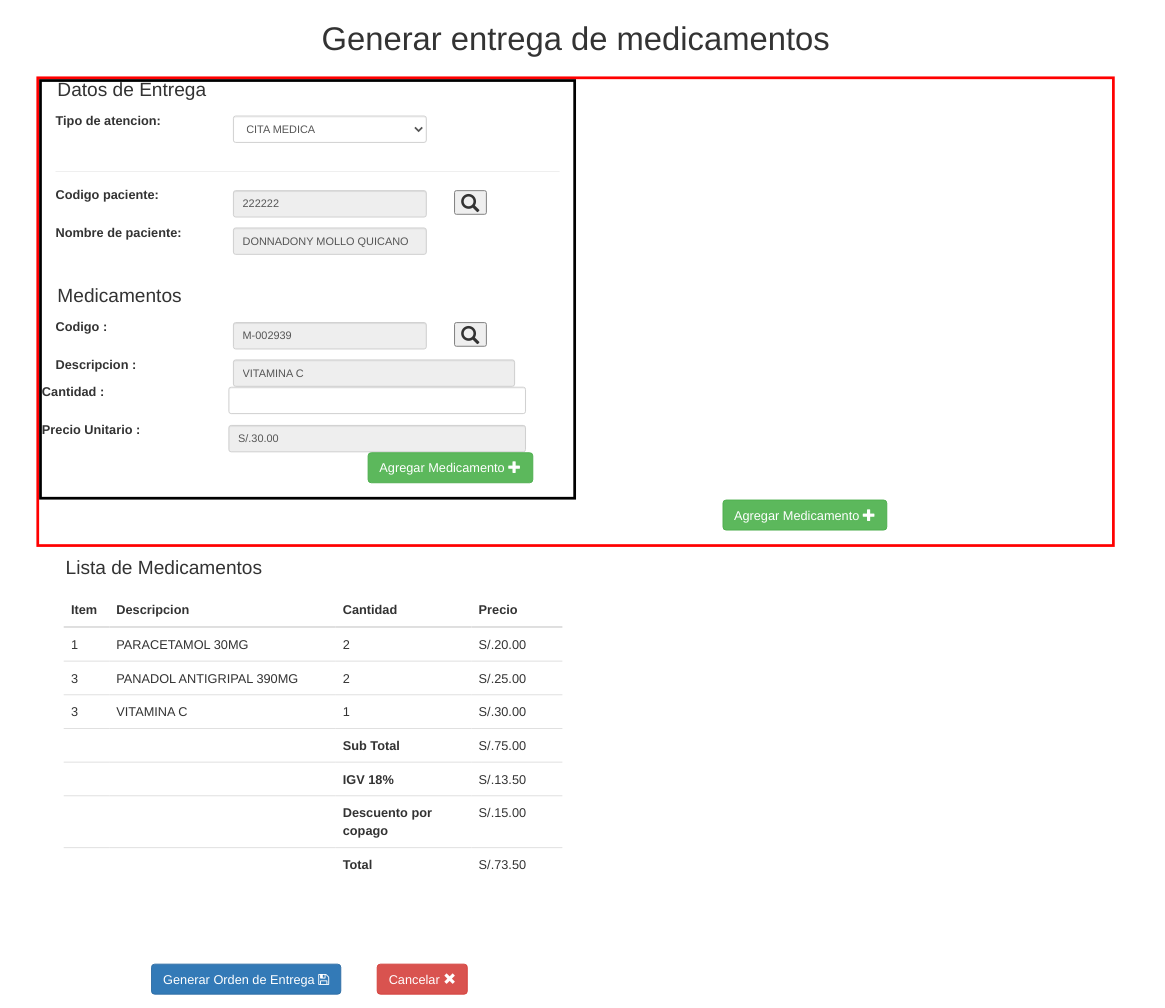
Repository: Donyx10/ADSII-ProyectoClinica
Page: http://localhost/AvanceWeb/GenerarOrdenDeEntregaDeMedicamentos2.jsp
An editor plug-in stored every save of this project. The page is shown before and after the next save, followed by the edit.
The browser window is 1280 px wide. The pictures show the whole page, at 91% of full size.
Some web fonts or font styles are not loaded; a fallback is used. The page is served by Tomcat 9. Other server files are loaded and not shown.

Above is the page before, as saved 2018-06-07 16:46:40.

### WebDemo/AvanceWeb/WebContent/GenerarOrdenDeEntregaDeMedicamentos2.jsp
<!DOCTYPE html>
<html lang="esS">
<head>
<meta charset="UTF-8">
<meta name="viewport"
	content="width=device-width, initial-scale=1, maximum-scale=1, user-scalable=no">
<script type="text/javascript" src="js/jquery.min.js"></script>
<script type="text/javascript" src="js/jquery.dataTables.min.js"></script>
<script type="text/javascript" src="js/dataTables.bootstrap.min.js"></script>
<script type="text/javascript" src="js/bootstrap.min.js"></script>
<script type="text/javascript" src="js/bootstrapValidator.js"></script>
<link rel="stylesheet" href="css/bootstrap.css" />
<link rel="stylesheet" href="css/dataTables.bootstrap.min.css" />
<link rel="stylesheet" href="css/style.css" />
<link rel="stylesheet" href="css/bootstrapValidator.css" />
<link rel="stylesheet"
	href="https://cdnjs.cloudflare.com/ajax/libs/font-awesome/4.7.0/css/font-awesome.min.css">
<title>Generar orden de entrega de medicamentos</title>

</head>
<body>

	<div class="container"
		style="padding-top: 3px; line-height: 0.8; padding-left: 0.01px;">
		<h1 align="center">Generar entrega de medicamentos</h1>
		<br>
		<form action="generarCita" id="id_form">
			<div class="form-group row"
				style="border-style: solid; border-color: red;">
				<div class="col-md-6"
					style="border-style: solid; border-color: black;">

					<div class="form-group row" align="left" id="paciente">
						<div class="col-md-12">
							<fieldset>
								<legend>Datos de Entrega</legend>
								<div class="row">
									<div class="col-md-4">
										<label class="" for="id_codigo">Tipo de atencion:</label>
									</div>
									<div class="col-md-5">
										<select class="form-control input-sm" style="">
											<option>CITA MEDICA
											<option>EMERGENCIA
										</select>
									</div>
								</div>
								<br>
								<hr>
								<div class="row">

									<div class="col-md-4">
										<label class="" for="id_codigo">Codigo paciente:</label>
									</div>
									<div class="col-md-5">
										<input class="form-control input-sm" type="text"
											value="222222" id="" name="" readonly="readonly"
											placeholder="Ingrese el codigo">
									</div>
									<div class="col-md-2">
										<button style="font-size: 20px">
											<i class="glyphicon glyphicon-search"></i>
										</button>
									</div>
								</div>
								<br>



								<div class="row">
									<div class="col-md-4">
										<label class="" for="">Nombre de paciente:</label>
									</div>
									<div class="col-md-5">
										<input class="form-control input-sm" type="text"
											readonly="readonly" value="DONNADONY MOLLO QUICANO" id=""
											name="" placeholder="Ingrese el nombre" size="30">
									</div>

								</div>
								<br>
								<!--
							<div class="row">
								<div class="col-md-3">
									<label class="" for="">Estado:</label>
								</div>
								<div class="col-md-5">
									<input class="form-control" type="text" disabled="disabled" value="CANCELADO"
										id="" name="" placeholder="Ingrese el nombre" size="30">
								</div>
								<br>
							</div>
							<br>
							-->
							</fieldset>
						</div>


					</div>

					<br>
					<div class="form-group row" align="left" id="medicametos">
						<div class="col-md-12">
							<fieldset>
								<legend>Medicamentos</legend>

								<div class="row">

									<div class="col-md-4">
										<label class="" for="id_codigo">Codigo : </label>
									</div>
									<div class="col-md-5">
										<input class="form-control input-sm" type="text"
											value="M-002939" id="" name="" readonly="readonly"
											placeholder="">
									</div>
									<div class="col-md-2">
										<button style="font-size: 20px">
											<i class="glyphicon glyphicon-search"></i>
										</button>
									</div>
								</div>
								<br>
								<div class="row">

									<div class="col-md-4">
										<label class="" for="id_codigo">Descripcion : </label>
									</div>
									<div class="col-md-7">
										<input class="form-control input-sm" type="text"
											value="VITAMINA C" id="" name="" readonly="readonly"
											placeholder="">
									</div>
								</div>
							</fieldset>
						</div>
						<br>
						<div class="row">

							<div class="col-md-4">
								<label class="" for="id_codigo">Cantidad : </label>
							</div>
							<div class="col-md-7">
								<input class="form-control input-sm" type="number"
									name="quantity" min="1" max="10">
							</div>

						</div>
						<br>
						<div class="row">

							<div class="col-md-4">
								<label class="" for="id_codigo">Precio Unitario : </label>
							</div>
							<div class="col-md-7">
								<input class="form-control input-sm" type="text" name="quantity"
									value="S/.30.00" readonly="readonly">
							</div>

						</div>
						<div class="row">
							<div class="col-md-2"></div>
							<div class="col-md-4"></div>
							<div class="col-md-1"></div>
							<div class="col-md-3">
								<button type="submit" class="btn btn-success">
									Agregar Medicamento <i class="glyphicon glyphicon-plus"></i>
								</button>
							</div>
						</div>
					</div>
				</div>
				<div class="form-group row" align="center" id="paciente">
					<div class="col-md-12">
						<div class="row">
							<div class="col-md-2"></div>
							<div class="col-md-4"></div>
							<div class="col-md-1"></div>
							<div class="col-md-3">
								<button type="submit" class="btn btn-success">
									Agregar Medicamento <i class="glyphicon glyphicon-plus"></i>
								</button>
							</div>
						</div>
					</div>
				</div>


			</div>
			<div class="col-md-6">
				<div class="form-group row" id="medico">
					<div class="col-md-12">
						<fieldset>

							<legend> Lista de Medicamentos</legend>
							<div class="row">
								<div class="col-md-12">
									<table class="table table-sm">
										<thead>
											<tr>
												<th class="col-md-1">Item</th>
												<th class="col-md-5">Descripcion</th>
												<th class="col-md-3">Cantidad</th>
												<th class="col-md-2">Precio</th>

											</tr>
										</thead>
										<tbody>
											<tr>
												<td class="col-md-1">1</td>
												<td class="col-md-5">PARACETAMOL 30MG</td>
												<td class="col-md-3">2</td>
												<td class="col-md-2">S/.20.00</td>
											</tr>
											<tr>
												<td class="col-md-1">3</td>
												<td class="col-md-5">PANADOL ANTIGRIPAL 390MG</td>
												<td class="col-md-3">2</td>
												<td class="col-md-2">S/.25.00</td>
											</tr>
											<tr>
												<td class="col-md-1">3</td>
												<td class="col-md-5">VITAMINA C</td>
												<td class="col-md-3">1</td>
												<td class="col-md-2">S/.30.00</td>
											</tr>
											<tr>
												<td class="col-md-1"></td>
												<td class="col-md-5"></td>
												<td class="col-md-3"><strong>Sub Total</strong></td>
												<td class="col-md-2">S/.75.00</td>
											</tr>
											<tr>
												<td class="col-md-1"></td>
												<td class="col-md-5"></td>
												<td class="col-md-3"><strong>IGV 18%</strong></td>
												<td class="col-md-2">S/.13.50</td>
											</tr>
											<tr>
												<td class="col-md-1"></td>
												<td class="col-md-5"></td>
												<td class="col-md-3"><strong>Descuento por
														copago</strong></td>
												<td class="col-md-2">S/.15.00</td>
											</tr>
											<tr>
												<td class="col-md-1"></td>
												<td class="col-md-5"></td>
												<td class="col-md-3"><strong>Total</strong></td>
												<td class="col-md-2">S/.73.50</td>
											</tr>

										</tbody>
									</table>
								</div>
							</div>
						</fieldset>
					</div>
				</div>
				<br> <br> <br> <br> <br>
				<div class="form-group row" align="center" id="paciente">
					<div class="col-md-12">
						<div class="row">
							<div class="col-md-2"></div>
							<div class="col-md-4">
								<button type="submit" class="btn btn-primary">
									Generar Orden de Entrega <i class="fa fa-save"></i>
								</button>
							</div>
							<div class="col-md-1"></div>
							<div class="col-md-3">
								<button type="submit" class="btn btn-danger">
									Cancelar <span class="glyphicon glyphicon-remove"></span>
								</button>
							</div>
						</div>
					</div>
				</div>
			</div>
	</div>
	</div>
	</form>
	</div>
</body>
</html>

### WebDemo/AvanceWeb/WebContent/css/style.css


.table-fixed {
	width: 100%;
	background-color: #f3f3f3;
}

.table-fixed tbody {
	height: 120px;
	overflow-y: auto;
	width: 100%;
}

.table-fixed thead, .table-fixed tbody, .table-fixed tr, .table-fixed td,
	.table-fixed th {
	display: block;
}

.table-fixed tbody td {
	float: left;
}

.table-fixed thead tr th {
	float: left;
	background-color: #f39c12;
	border-color: #e67e22;
}

legend {
    display: block;
    padding-left: 2px;
    padding-right: 2px;
    border: none;
}

Loaded but not shown: WebDemo/AvanceWeb/WebContent/js/jquery.min.js (library); WebDemo/AvanceWeb/WebContent/js/jquery.dataTables.min.js (library); WebDemo/AvanceWeb/WebContent/js/dataTables.bootstrap.min.js (common file); WebDemo/AvanceWeb/WebContent/js/bootstrap.min.js (library); WebDemo/AvanceWeb/WebContent/js/bootstrapValidator.js (library); WebDemo/AvanceWeb/WebContent/css/bootstrap.css (library); WebDemo/AvanceWeb/WebContent/css/dataTables.bootstrap.min.css (library); WebDemo/AvanceWeb/WebContent/css/bootstrapValidator.css (common file)

After the next save:
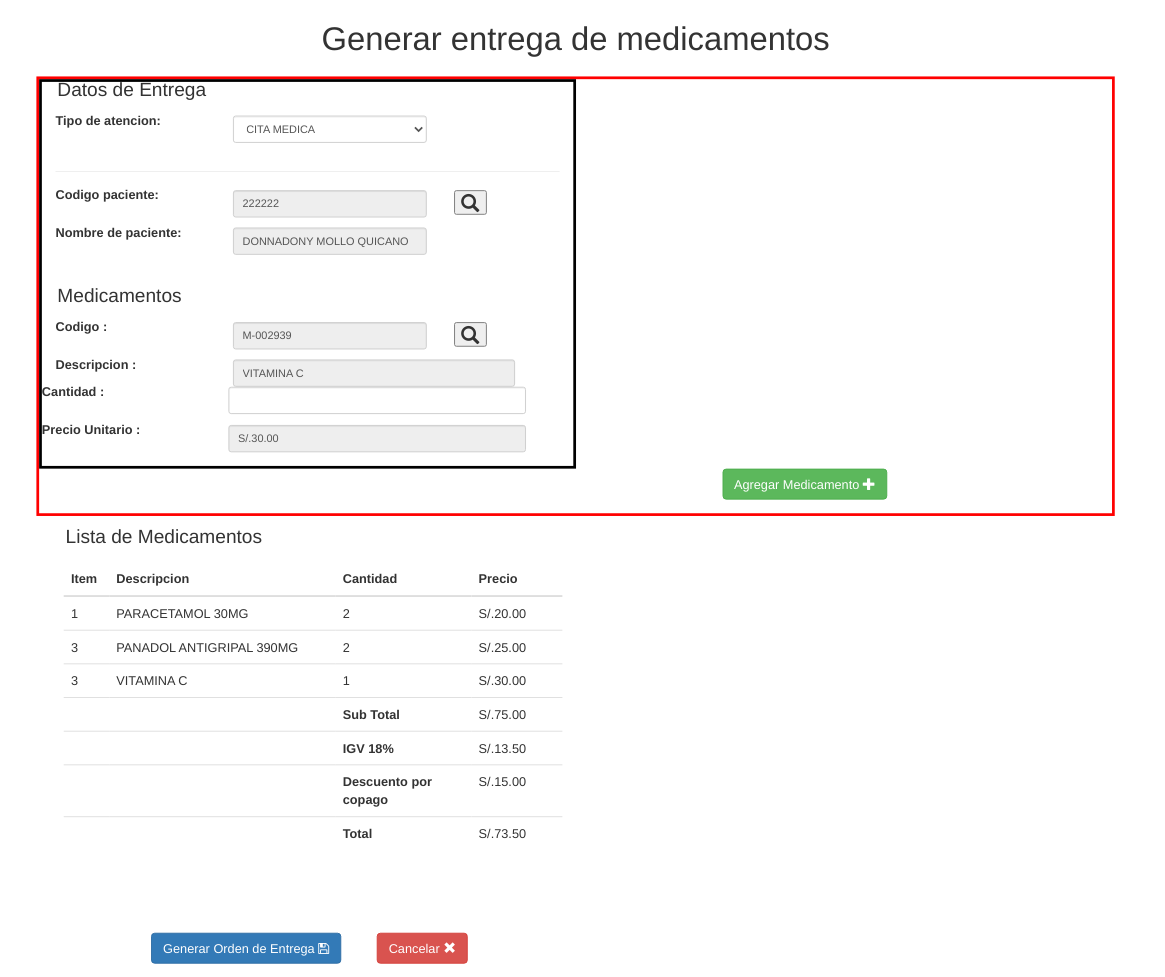
Saved 18 s later.
--- a/WebDemo/AvanceWeb/WebContent/GenerarOrdenDeEntregaDeMedicamentos2.jsp
+++ b/WebDemo/AvanceWeb/WebContent/GenerarOrdenDeEntregaDeMedicamentos2.jsp
@@ -131,7 +131,6 @@
 											value="VITAMINA C" id="" name="" readonly="readonly"
 											placeholder="">
 									</div>
-								</div>
 							</fieldset>
 						</div>
 						<br>
@@ -158,6 +157,10 @@
 							</div>
 
 						</div>
+					</div>
+				</div>
+				<div class="form-group row" align="center" id="paciente">
+					<div class="col-md-12">
 						<div class="row">
 							<div class="col-md-2"></div>
 							<div class="col-md-4"></div>
@@ -170,20 +173,6 @@
 						</div>
 					</div>
 				</div>
-				<div class="form-group row" align="center" id="paciente">
-					<div class="col-md-12">
-						<div class="row">
-							<div class="col-md-2"></div>
-							<div class="col-md-4"></div>
-							<div class="col-md-1"></div>
-							<div class="col-md-3">
-								<button type="submit" class="btn btn-success">
-									Agregar Medicamento <i class="glyphicon glyphicon-plus"></i>
-								</button>
-							</div>
-						</div>
-					</div>
-				</div>
 
 
 			</div>
